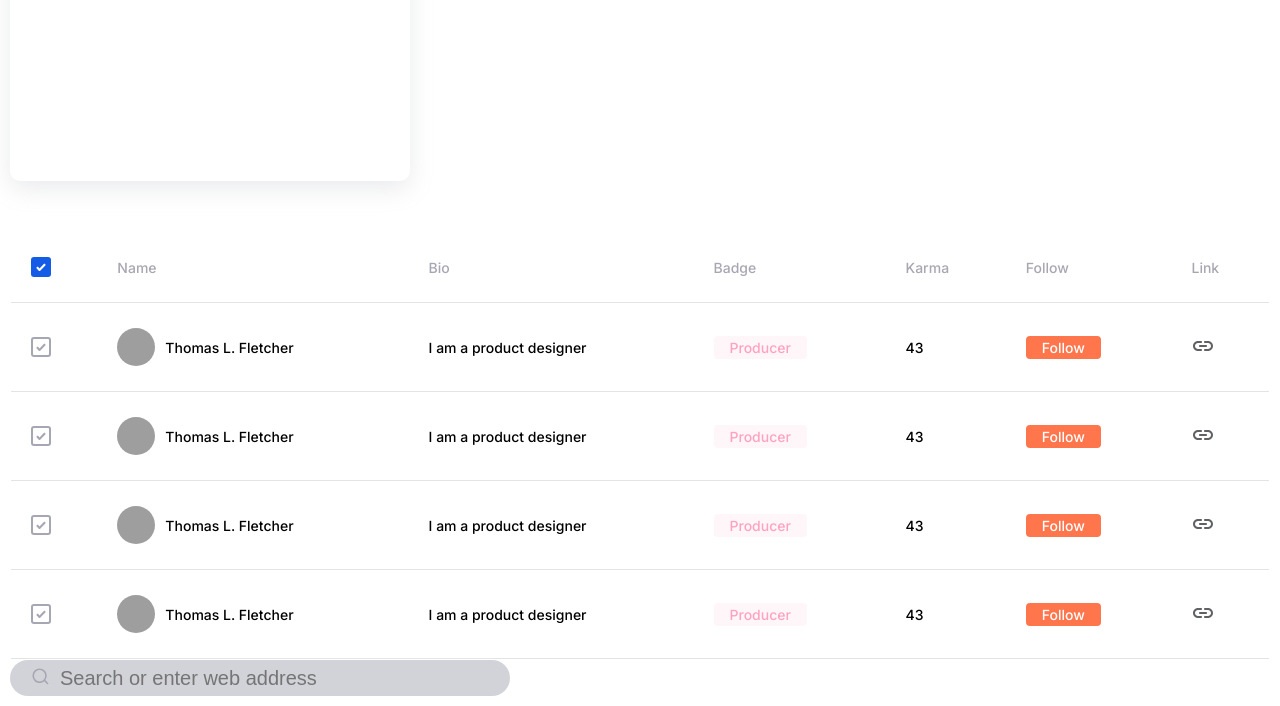
Repository: anhphapap/CSS
Page: test.html
These files come from the project's save history. The page is drawn as it stood at one moment and after the next save; the edit follows.
The browser window is 1280 px wide. The pictures show the part of the page from y = 642 to 1348 px (the page is 1348 px tall).
Pictures or frames that could not be fetched are drawn as grey boxes. A picture or video elsewhere on the page could not be fetched, so the positions and the page height are approximate.

Above is the page before, as saved 2023-04-09 22:13:43.

After the next save:
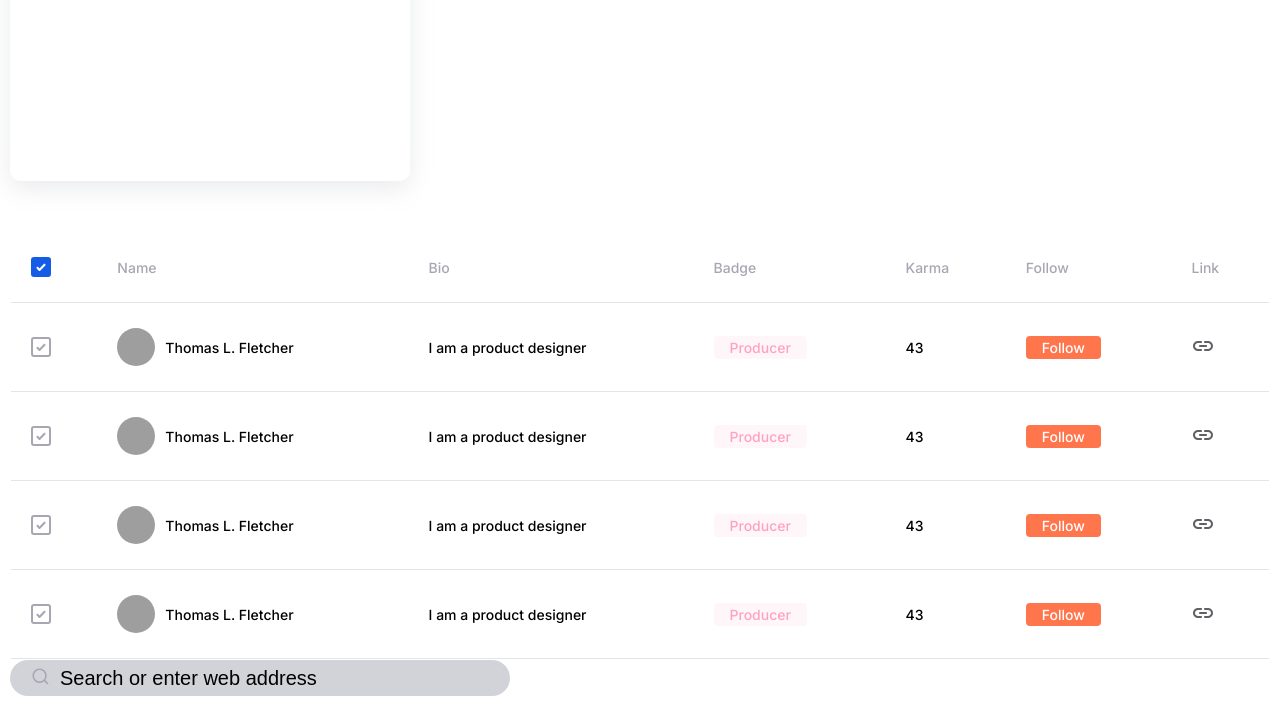
Saved 18 s later.
--- a/CSS/test.css
+++ b/CSS/test.css
@@ -403,7 +403,7 @@ td,th{
     top: 6px;
 }
 
-.input::placeholder{
+input::placeholder{
     color: black;
 }
 .input-search:focus{
